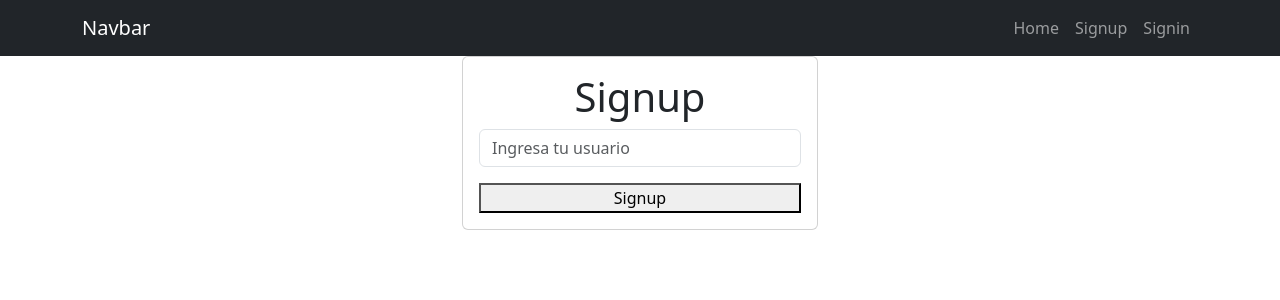
Repository: dbettancourt/django-auth-crud
Page: http://localhost/signup/
The author's editor kept a copy of each file at every save. The page is drawn from the files as they stood at one save, then again after the next save.
The browser window is 1280 px wide. The pictures show the whole page.
The page is served by the project's application, run on Django 4.2 (manage.py). Other server files are loaded and not shown.

Above is the page before, as saved 2023-06-06 10:50:13.

### tasks/templates/signup.html
{% extends 'base.html' %}

{% block content %}

<main class="container">
    <div class="row">
        <div class="col-md-4 offset-md-4" >
            <form method="POST" class="card card-body text-center">
                <h1>Signup</h1>

                {{error}}

                {% csrf_token %}

                <div class="mb-3">
                    <input type="text" name="username" class="form-control" placeholder="Ingresa tu usuario">
                </div>

                <button>
                    Signup
                </button>
            </forrm>
        </div>

    </div>
</main>

{% endblock %}

### tasks/templates/base.html
<!DOCTYPE html>
<!--[if lt IE 7]>      <html class="no-js lt-ie9 lt-ie8 lt-ie7"> <![endif]-->
<!--[if IE 7]>         <html class="no-js lt-ie9 lt-ie8"> <![endif]-->
<!--[if IE 8]>         <html class="no-js lt-ie9"> <![endif]-->
<!--[if gt IE 8]>      <html class="no-js"> <!--<![endif]-->
<html>
    <head>
        <meta charset="utf-8">
        <meta http-equiv="X-UA-Compatible" content="IE=edge">
        <title>Pagina Base Django</title>
        <meta name="description" content="">
        <meta name="viewport" content="width=device-width, initial-scale=1">
        <link rel="stylesheet" href="">
        <link rel="stylesheet" href="https://cdn.jsdelivr.net/npm/bootstrap@5.3.0/dist/css/bootstrap.min.css">
       <link rel="stylesheet" href="https://cdn.jsdelivr.net/npm/bootstrap-icons@1.5.0/font/bootstrap-icons.css">

    </head>
    <body>
        <!--[if lt IE 7]>
            <p class="browsehappy">You are using an <strong>outdated</strong> browser. Please <a href="#">upgrade your browser</a> to improve your experience.</p>
        <![endif]-->
        <nav class="navbar navbar-expand-lg bg-dark navbar-dark">
            <div class="container">
              <a class="navbar-brand" href="#">Navbar</a>
              <button class="navbar-toggler" type="button" data-bs-toggle="collapse" data-bs-target="#navbarNav" aria-controls="navbarNav" aria-expanded="false" aria-label="Toggle navigation">
                <span class="navbar-toggler-icon"></span>
              </button>
              <div class="collapse navbar-collapse" id="navbarNav">
                <ul class="navbar-nav ms-auto">
                    <li class="nav-item">
                        <a href="/"  class="nav-link">Home</a>
                    </li>
                    {% if user.is_authenticated %}
                    <li class="nav-item">
                        <a href="/tasks"  class="nav-link">Tasks Pending</a>
                    </li>
                    <li class="nav-item">
                        <a href="/tasks_completed"  class="nav-link">Tasks Completed</a>
                    </li>
                    <li class="nav-item">
                        <a href="/tasks/create"  class="nav-link">Create task</a>
                    </li>

                    <li class="nav-item">
                        <a href="/logout"  class="nav-link">Logout</a>
                    </li>
                    {% else %}
                    <li class="nav-item">
                        <a href="/signup"  class="nav-link">Signup</a>
                    </li>
                    <li class="nav-item">
                        <a href="/signin"  class="nav-link">Signin</a>
                    </li>
                    {% endif %}
                </ul>
              </div>
            </div>
          </nav>

        <script src="" async defer></script>

        {% block content %}
        {% endblock %}

    </body>
</html>

### tasks/views.py
from django.shortcuts import render, redirect, get_object_or_404
from django.contrib.auth.forms import UserCreationForm, AuthenticationForm
from django.contrib.auth.models import User
from django.contrib.auth import login, logout, authenticate
from django.db import IntegrityError
from .forms import TaskForm
from .models import Task
from django.utils import timezone
from django.contrib.auth.decorators import login_required



# Create your views here.
def home(request):
    return render(request, 'home.html')

def signup(request):

    if request.method == 'GET':
         return render(request, 'signup.html',{
        'form': UserCreationForm
    })

    else:
        if request.POST['password1'] == request.POST['password2']:
            try:
                user = User.objects.create_user(username=request.POST['username'], password=request.POST['password1'])
                user.save()
                login(request, user)
                return redirect ('tasks')
            except IntegrityError:
                return render(request, 'signup.html',{
                    'form': UserCreationForm,
                    'error': 'El usuario ya existe'
                    })
        return render(request, 'signup.html', {
            'form': UserCreationForm,
            'error': 'Las contraseñas no coinciden'
            })

@login_required
def tasks(request):
    tasks = Task.objects.filter(user=request.user, datecompleted__isnull=True)
    return render(request, 'tasks.html', {'tasks': tasks})

@login_required
def tasks_completed(request):
    tasks = Task.objects.filter(user=request.user, datecompleted__isnull=False).order_by ('-datecompleted')
    return render(request, 'tasks.html', {'tasks': tasks})

@login_required
def create_task(request):

    if request.method == 'GET':
        return render(request, 'create_task.html', {
            'form': TaskForm
        })
    else:
        try:
            form = TaskForm(request.POST)
            new_task = form.save(commit=False)
            new_task.user = request.user
            new_task.save()
            return redirect('tasks')
        except ValueError:
            return render(request, 'create_task.html', {
                'form': TaskForm,
                'error': 'Por favor ingresar datos validos'
             })

@login_required
def task_detail(request, task_id):
    if request.method == 'GET':
        task = get_object_or_404(Task, pk=task_id, user=request.user)
        form = TaskForm(instance=task)
        return render(request, 'task_detail.html', {'task': task, 'form': form})
    else:
        try:
            task = get_object_or_404(Task, pk=task_id, user=request.user)
            form = TaskForm(request.POST, instance=task)
            form.save()
            return redirect('tasks')
        except ValueError:
            return render(request, 'task_detail.html', {'task': task, 'form': form, 'error': "Error al actualizar"})

@login_required
def complete_task(request, task_id):
    task = get_object_or_404(Task, pk=task_id, user=request.user)
    if request.method == 'POST':
        task.datecompleted = timezone.now()
        task.save()
        return redirect('tasks')

@login_required
def delete_task(request, task_id):
    task = get_object_or_404(Task, pk=task_id, user=request.user)
    if request.method == 'POST':
        task.datecompleted = timezone.now()
        task.delete()
        return redirect('tasks')

@login_required
def signout(request):
    logout(request)
    return redirect('home')

def signin(request):
    if request.method=='GET':
        return render(request, 'signin.html', {
            'form': AuthenticationForm
        })
    else:
        user = authenticate(
            request, username=request.POST['username'], password=request.POST['password'])

        if user is None:
            return render(request, 'signin.html', {
                'form': AuthenticationForm,
                'error': 'Usuario o password es incorrecta'
            })
        else:
            login(request, user)
            return redirect('tasks')

### djangocrud/urls.py
"""
URL configuration for djangocrud project.

The `urlpatterns` list routes URLs to views. For more information please see:
    https://docs.djangoproject.com/en/4.2/topics/http/urls/
Examples:
Function views
    1. Add an import:  from my_app import views
    2. Add a URL to urlpatterns:  path('', views.home, name='home')
Class-based views
    1. Add an import:  from other_app.views import Home
    2. Add a URL to urlpatterns:  path('', Home.as_view(), name='home')
Including another URLconf
    1. Import the include() function: from django.urls import include, path
    2. Add a URL to urlpatterns:  path('blog/', include('blog.urls'))
"""
from django.contrib import admin
from django.urls import path
from tasks import views

urlpatterns = [
    path('admin/', admin.site.urls),
    path('', views.home, name='home'),
    path('signup/', views.signup, name='signup'),
    path('tasks/', views.tasks, name='tasks'),
    path('tasks_completed/', views.tasks_completed, name='_completed'),
    path('tasks/create/', views.create_task, name='create_tasks'),
    path('tasks/<int:task_id>/', views.task_detail, name='task_detail'),
    path('tasks/<int:task_id>/complete', views.complete_task, name='complete_task'),
    path('tasks/<int:task_id>/delete', views.delete_task, name='delete_task'),
    path('logout/', views.signout, name='logout'),
    path('signin/', views.signin, name='signin')
]

After the next save:
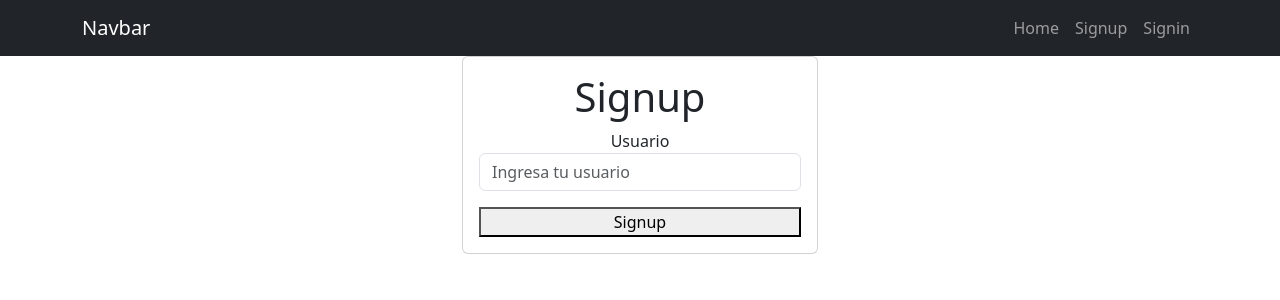
Saved 93 s later.
--- a/tasks/templates/signup.html
+++ b/tasks/templates/signup.html
@@ -13,7 +13,8 @@
                 {% csrf_token %}
 
                 <div class="mb-3">
-                    <input type="text" name="username" class="form-control" placeholder="Ingresa tu usuario">
+                    <label for="username">Usuario</label>
+                    <input type="text" name="username" id="username" class="form-control" placeholder="Ingresa tu usuario">
                 </div>
 
                 <button>
